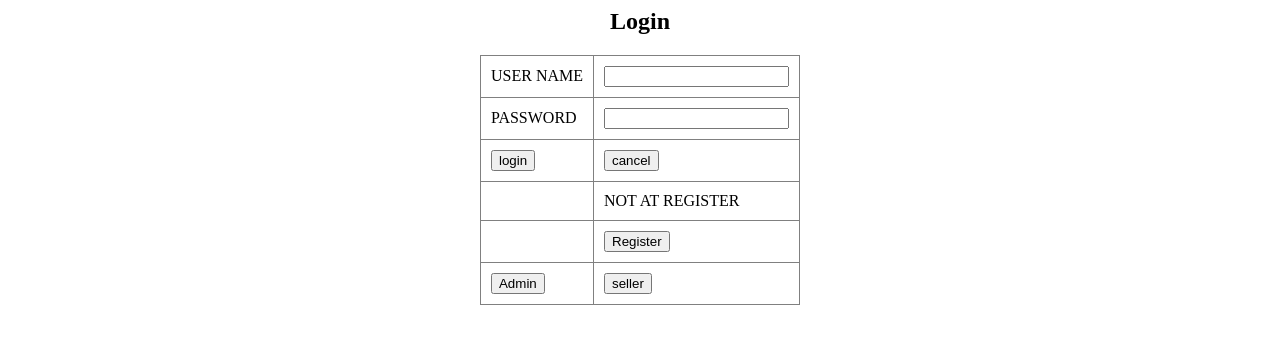
Repository: saik46573/sai
Page: http://localhost/Project/
The author's editor kept a copy of each file at every save. The page is drawn from the files as they stood at one save, then again after the next save.
The browser window is 1280 px wide. The pictures show the whole page.
The page is served by Tomcat 9. Other server files are loaded and not shown.

Above is the page before, as saved 2023-08-08 10:45:03.

### eclipse-workspace/Project/src/main/webapp/index.jsp
<html>
<body>
<h2 align="center">Login </h2>
<form action="login" method="post">
	<table border="1px" align="center" cellpadding="10px" style="border-collapse: collapse">
	<tr>
	<td>USER NAME</td>
	<td> <input type= "text" ></td>
	</tr>
	<tr>
	<td>PASSWORD</td>
	<td> <input type= "text" ></td>
	</tr>
	<tr>
	<td><input type="submit" value="login"></td>
	<td> <input type= "submit" value="cancel"></td>
	</tr>
	<tr>
	<td></td>
	<td>  NOT AT REGISTER  </td>
	</tr>
	<tr>
	<td></td>
	<td><a href="Registration.html"><input type="button" value="Register"></a></td>
	</tr>
	<tr>
	<td><input type="submit" value="Admin"></td>
	<td> <input type= "submit" value="seller"></td>
	</tr>
	</table>
</form>
</body>
</html>

After the next save:
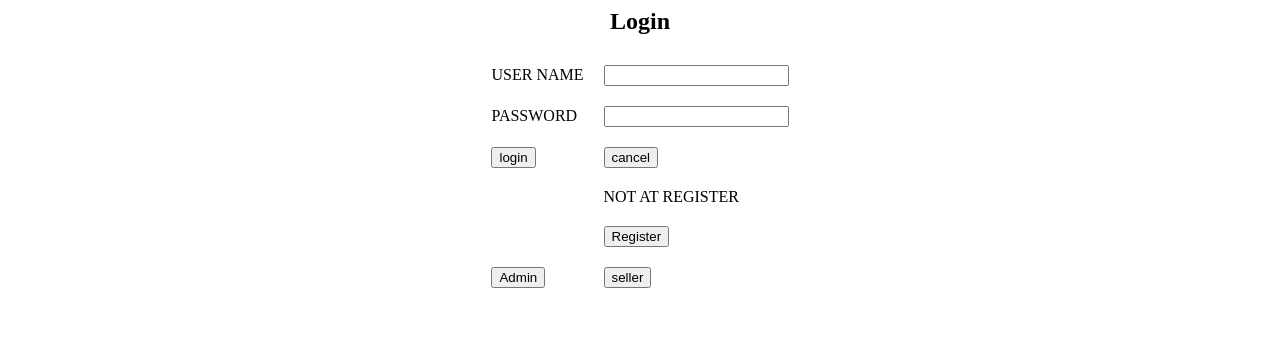
Saved 47 s later.
--- a/eclipse-workspace/Project/src/main/webapp/index.jsp
+++ b/eclipse-workspace/Project/src/main/webapp/index.jsp
@@ -2,7 +2,7 @@
 <body>
 <h2 align="center">Login </h2>
 <form action="login" method="post">
-	<table border="1px" align="center" cellpadding="10px" style="border-collapse: collapse">
+	<table  align="center" cellpadding="10px" style="border-collapse: collapse">
 	<tr>
 	<td>USER NAME</td>
 	<td> <input type= "text" ></td>
